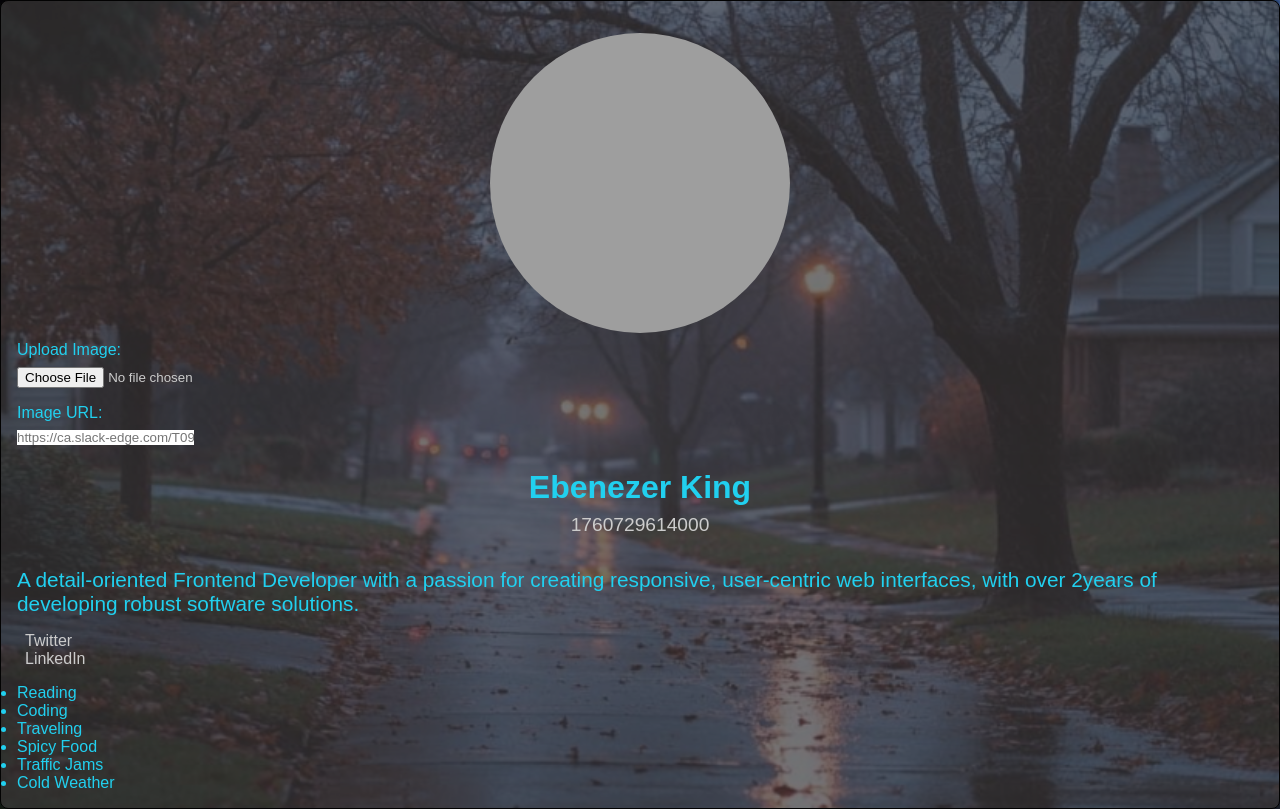
Repository: ebenezertiewei/profileCard
Page: index.html
The author's editor kept a copy of each file at every save. The page is drawn from the files as they stood at one save, then again after a run of saves.
The browser window is 1280 px wide. The pictures show the whole page.
Pictures or frames that could not be fetched are drawn as grey boxes.

Above is the page before, as saved 2025-10-17 23:22:43.

After the next 2 saves:
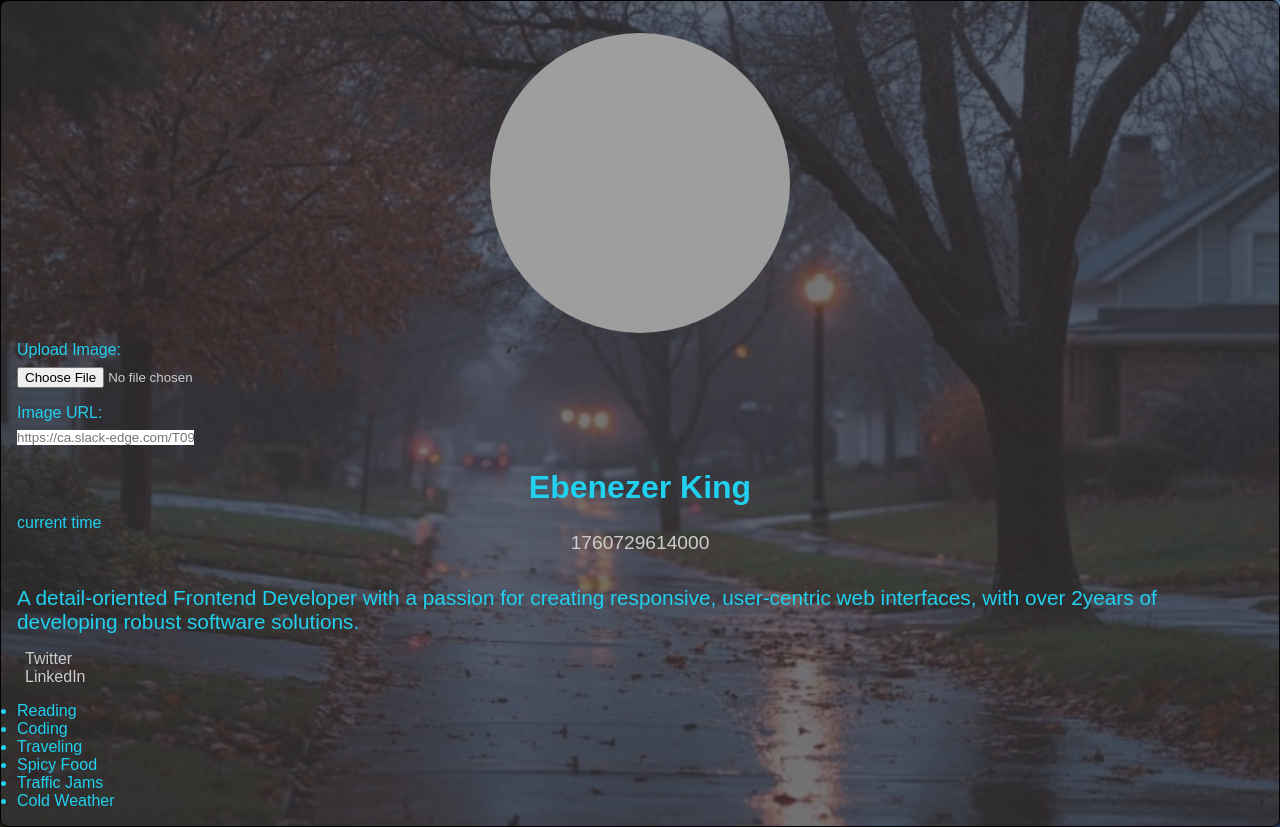
The 2 saves are shown as one change because they came seconds apart.
The last was saved 24 s later.
--- a/index.html
+++ b/index.html
@@ -34,7 +34,7 @@
 				</section>
 				<h2 data-testid="test-user-name">Ebenezer King</h2>
 				<!----------- current time----------->
-				<span>
+				<span> current time
 					<p data-testid="test-user-time"></p>
 				</span>
 			</section>
